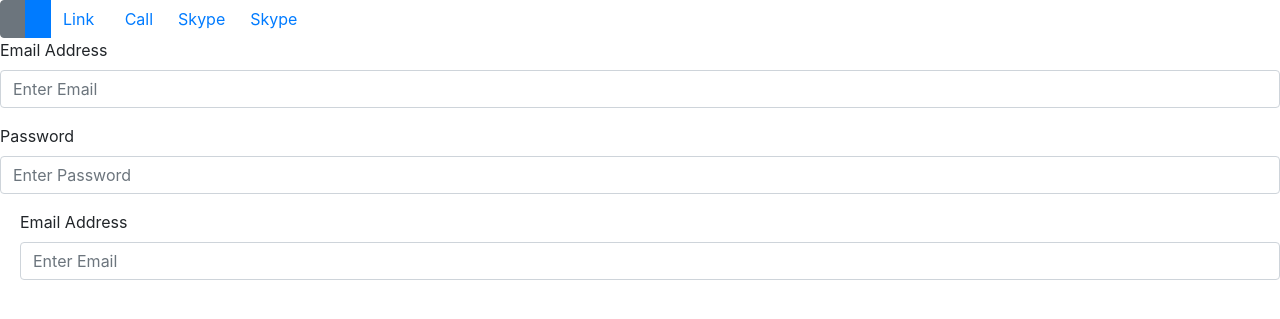
Repository: HwZau/conFusion
Page: index2.html
An editor plug-in stored every save of this project. The page is shown before and after the next save, followed by the edit.
The browser window is 1280 px wide. The pictures show the whole page.

Above is the page before, as saved 2022-05-19 09:14:12.

After the next save:
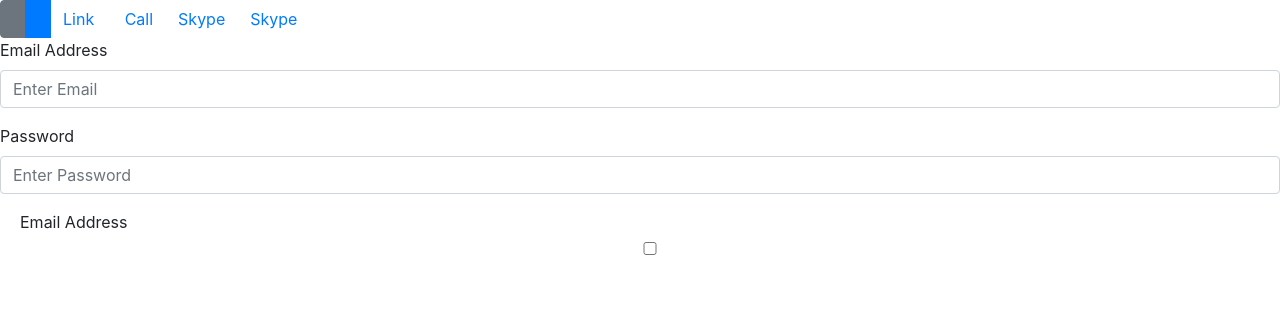
Saved 4 s later.
--- a/index2.html
+++ b/index2.html
@@ -29,7 +29,7 @@
         </div>
         <div class="form-check">
             <label for="e1">Email Address</label>
-            <input type="email" class="form-control" id="e1" placeholder="Enter Email">
+            <input type="checkbox" class="form-control" id="e1" placeholder="Enter Email">
         </div>
     </form>
 </body>
